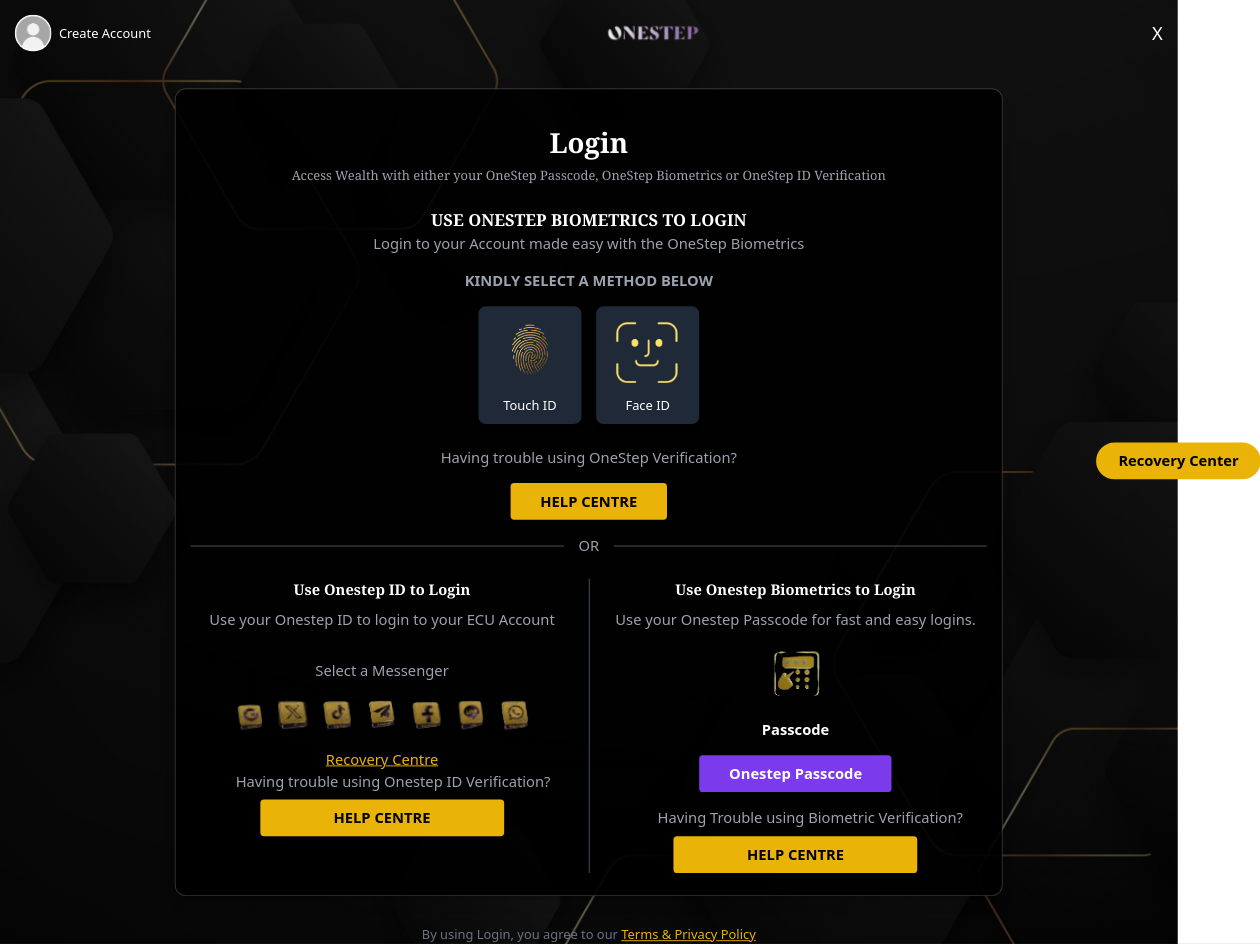
Repository: gloriousnetworker/onestep-authentication-system
Page: /biometrics-login
These files come from the project's save history. The page is drawn as it stood at one moment and after a run of saves; the edit follows.
The browser window is 1280 px wide. The page is 1370 px wide, so the pictures cover 1370 px, including what lies to the right of the window. The pictures show the whole page, at 92% of full size.
The project was rebuilt for these pictures with package versions that can differ from the ones it lists, and the page was loaded fresh each time. Also part of the build but not shown: vite.config.js, src/pages/LoginPage.jsx, src/pages/GrantAccess.jsx, src/pages/OTPVerificationPage.jsx, src/pages/AccountCreationPage.jsx, src/pages/PasswordPage.jsx, src/pages/BiometricsPage.jsx, src/pages/KYCPage.jsx and 1 more.

Above is the page before, as saved 2025-01-16 14:34:33.

### src/App.jsx
import { BrowserRouter as Router, Routes, Route } from 'react-router-dom';
import { useState } from 'react';  // Import useState to manage notification state
import LoginPage from './pages/LoginPage';
import GrantAccess from './pages/GrantAccess';
import OTPVerificationPage from './pages/OTPVerificationPage';
import AccountCreationPage from './pages/AccountCreationPage';
import PasswordPage from './pages/PasswordPage';
import BiometricsPage from './pages/BiometricsPage';
import KYCPage from './pages/KYCPage';
import DashboardPage from './pages/DashboardPage';
import BiometricsLoginPage from './pages/BiometricLoginPage';
import NotificationPopup from './components/NotificationPopup';  // Import NotificationPopup

function App() {
  // State for managing notification
  const [notification, setNotification] = useState({
    message: "",
    type: "",
  });

  // Function to trigger notification
  const showNotification = (message, type) => {
    setNotification({ message, type });
    // Automatically clear notification after 3 seconds
    setTimeout(() => setNotification({ message: "", type: "" }), 3000);
  };

  return (
    <Router>
      {/* Notification Popup */}
      <NotificationPopup
        message={notification.message}
        type={notification.type}
        onClose={() => setNotification({ message: "", type: "" })}
      />

      <Routes>
        <Route path="/" element={<LoginPage showNotification={showNotification} />} />
        <Route path="/grant-access" element={<GrantAccess showNotification={showNotification} />} />
        <Route path="/otp-verification" element={<OTPVerificationPage showNotification={showNotification} />} />
        <Route path="/account-creation" element={<AccountCreationPage showNotification={showNotification} />} />
        <Route path="/password" element={<PasswordPage showNotification={showNotification} />} />
        <Route path="/biometrics" element={<BiometricsPage showNotification={showNotification} />} />
        <Route path="/biometrics-login" element={<BiometricsLoginPage showNotification={showNotification} />} />
        <Route path="/kyc" element={<KYCPage showNotification={showNotification} />} />
        <Route path="/dashboard" element={<DashboardPage showNotification={showNotification} />} />
      </Routes>
    </Router>
  );
}

export default App;

### src/pages/BiometricLoginPage.jsx
import React from "react";

const BiometricsLoginPage = () => {
  return (
    <div
      className="relative bg-cover bg-center min-h-screen flex flex-col justify-between"
      style={{
        backgroundImage:
          "linear-gradient(rgba(0, 0, 0, 0.6), rgba(0, 0, 0, 0.6)), url('/background.jpg')",
      }}
    >
      {/* Top Navbar */}
      <div className="absolute top-4 w-full flex items-center justify-between px-4">
        <div className="flex items-center gap-2">
          <img
            src="/avatar.avif"
            alt="User avatar for account creation"
            className="w-10 h-10 rounded-full object-cover"
            loading="lazy"
          />
          <span className="text-white text-sm cursor-pointer">Create Account</span>
        </div>
        <div className="flex justify-center">
          <img
            src="/onestep.png"
            alt="OneStep Logo"
            className="w-28 h-6 object-contain"
            loading="lazy"
          />
        </div>
        <div
          className="text-white cursor-pointer text-xl hover:text-gray-400"
          aria-label="Close biometrics login page"
        >
          X
        </div>
      </div>

      {/* Center Login Card */}
      <div className="bg-black bg-opacity-90 border border-white border-opacity-20 rounded-xl shadow-lg w-[90%] max-w-[900px] flex flex-col justify-between mt-12 sm:mt-24 mx-auto px-4 py-6 relative">
        <h1 className="text-white text-2xl sm:text-3xl font-bold mb-2 mt-4 text-center font-serif">
          Login
        </h1>
        <p className="text-gray-400 text-sm mb-2 text-center font-serif">
          Access Wealth with either your OneStep Passcode, OneStep Biometrics or OneStep ID Verification
        </p>

        <h2 className="text-white text-lg font-bold mt-4 text-center font-serif">
          USE ONESTEP BIOMETRICS TO LOGIN
        </h2>
        <p className="text-gray-400 text-center mb-4">
          Login to your Account made easy with the OneStep Biometrics
        </p>

        <h3 className="text-gray-400 text-center text-md font-semibold mb-4">
          KINDLY SELECT A METHOD BELOW
        </h3>

        <div className="flex flex-wrap justify-center gap-4 mb-6">
          <div className="bg-gray-800 text-white w-28 h-32 flex flex-col items-center justify-center rounded-lg shadow-md">
            <img
              src="/fingerprint.png"
              alt="Touch ID"
              className="w-32 h-20 mb-2"
              loading="lazy"
            />
            <span className="text-sm text-center">Touch ID</span>
          </div>
          <div className="bg-gray-800 text-white w-28 h-32 flex flex-col items-center justify-center rounded-lg shadow-md">
            <img
              src="/faceID.png"
              alt="Face ID"
              className="w-20 h-20 mb-2"
              loading="lazy"
            />
            <span className="text-sm text-center">Face ID</span>
          </div>
        </div>

        <p className="text-gray-400 text-center mb-4">
          Having trouble using OneStep Verification?
        </p>
        <button className="bg-yellow-500 hover:bg-yellow-600 text-black font-semibold px-8 py-2 rounded mb-4 mx-auto block">
          HELP CENTRE
        </button>

        <div className="relative flex items-center mb-6">
          <div className="flex-grow border-t border-gray-600"></div>
          <span className="mx-4 text-gray-400">OR</span>
          <div className="flex-grow border-t border-gray-600"></div>
        </div>

        <div className="flex flex-col sm:flex-row">
          <div className="flex-1 flex flex-col items-center border-r border-gray-600 sm:pr-4 mb-6 sm:mb-0">
            <h2 className="text-white font-bold mb-2 font-serif">
              Use Onestep ID to Login
            </h2>
            <p className="text-gray-400 text-center mb-4">
              Use your Onestep ID to login to your ECU Account
            </p>
            <h3 className="text-gray-400 text-center mt-4">
              Select a Messenger
            </h3>
            <div className="flex flex-wrap justify-center gap-2 my-4">
              {["google", "twitter", "tiktok", "telegram", "facebook", "pinterest", "whatsapp"].map((logo) => (
                <img
                  key={logo}
                  src={`/${logo}.png`}
                  alt={`${logo} logo`}
                  className="w-10 h-10"
                  loading="lazy"
                />
              ))}
            </div>
            <span className="text-yellow-500 underline cursor-pointer">
              Recovery Centre
            </span>
            <p className="text-gray-400 mb-2 ml-6">Having trouble using Onestep ID Verification?</p>
            <button className="bg-yellow-500 hover:bg-yellow-600 text-black font-semibold px-20 py-2 rounded">
              HELP CENTRE
            </button>
          </div>

          <div className="flex-1 flex flex-col items-center sm:pl-4">
            <h2 className="text-white font-bold mb-2 font-serif">
              Use Onestep Biometrics to Login
            </h2>
            <p className="text-gray-400 text-center mb-4">
              Use your Onestep Passcode for fast and easy logins.
            </p>
            <img
              src="/passcode.png"
              alt="Passcode"
              className="w-16 h-16 object-contain mb-4"
              loading="lazy"
            />
            <h3 className="text-white font-bold text-center mb-4">Passcode</h3>
            <button className="bg-[#7c3aed] hover:bg-purple-700 text-white font-semibold px-8 py-2 rounded mb-4">
              Onestep Passcode
            </button>
            <p className="text-gray-400 mb-2 ml-8">Having Trouble using Biometric Verification?</p>
            <button className="bg-yellow-500 hover:bg-yellow-600 text-black font-semibold px-20 py-2 rounded">
              HELP CENTRE
            </button>
          </div>
        </div>

        {/* New Recovery Center Button */}
<button className="absolute top-24 right-0 translate-x-1/2 bg-yellow-500 hover:bg-yellow-600 text-black font-semibold px-6 py-2 -mr-48 rounded-full mt-72 hidden sm:block">
  Recovery Center
</button>

      </div>

      <div className="text-center text-sm text-gray-500 mt-8">
        <p>
          By using Login, you agree to our{" "}
          <span className="text-yellow-500 underline cursor-pointer">
            Terms & Privacy Policy
          </span>
        </p>
      </div>
    </div>
  );
};

export default BiometricsLoginPage;

### src/components/NotificationPopup.jsx
import React from "react";

const NotificationPopup = ({ message, type, onClose }) => {
  // Define alert styles based on the type
  const typeStyles = {
    success: "bg-green-500 text-white",
    error: "bg-red-500 text-white",
    warning: "bg-yellow-500 text-black",
    info: "bg-blue-500 text-white",
  };

  return (
    <div
      className={`fixed top-4 right-4 w-[300px] sm:w-[400px] p-4 rounded-md shadow-lg transition-transform transform ${
        message ? "scale-100" : "scale-0"
      } ${typeStyles[type] || "bg-gray-500 text-white"}`}
    >
      <div className="flex justify-between items-center">
        {/* Message Content */}
        <span className="text-sm sm:text-base">{message}</span>

        {/* Close Button */}
        <button
          onClick={onClose}
          className="ml-4 text-lg font-bold hover:text-opacity-80"
          aria-label="Close notification"
        >
          &times;
        </button>
      </div>
    </div>
  );
};

export default NotificationPopup;

### tailwind.config.js
module.exports = {
  content: [
    "./index.html",
    "./src/**/*.{js,jsx,ts,tsx}",
  ],
  theme: {
    extend: {
      fontFamily: {
        'times': ['Times New Roman', 'serif'],
      },
    },
  },
  plugins: [],
};

Loaded but not shown: index.html (common file); src/main.jsx (common file); src/index.css (common file)

After the next 2 saves:
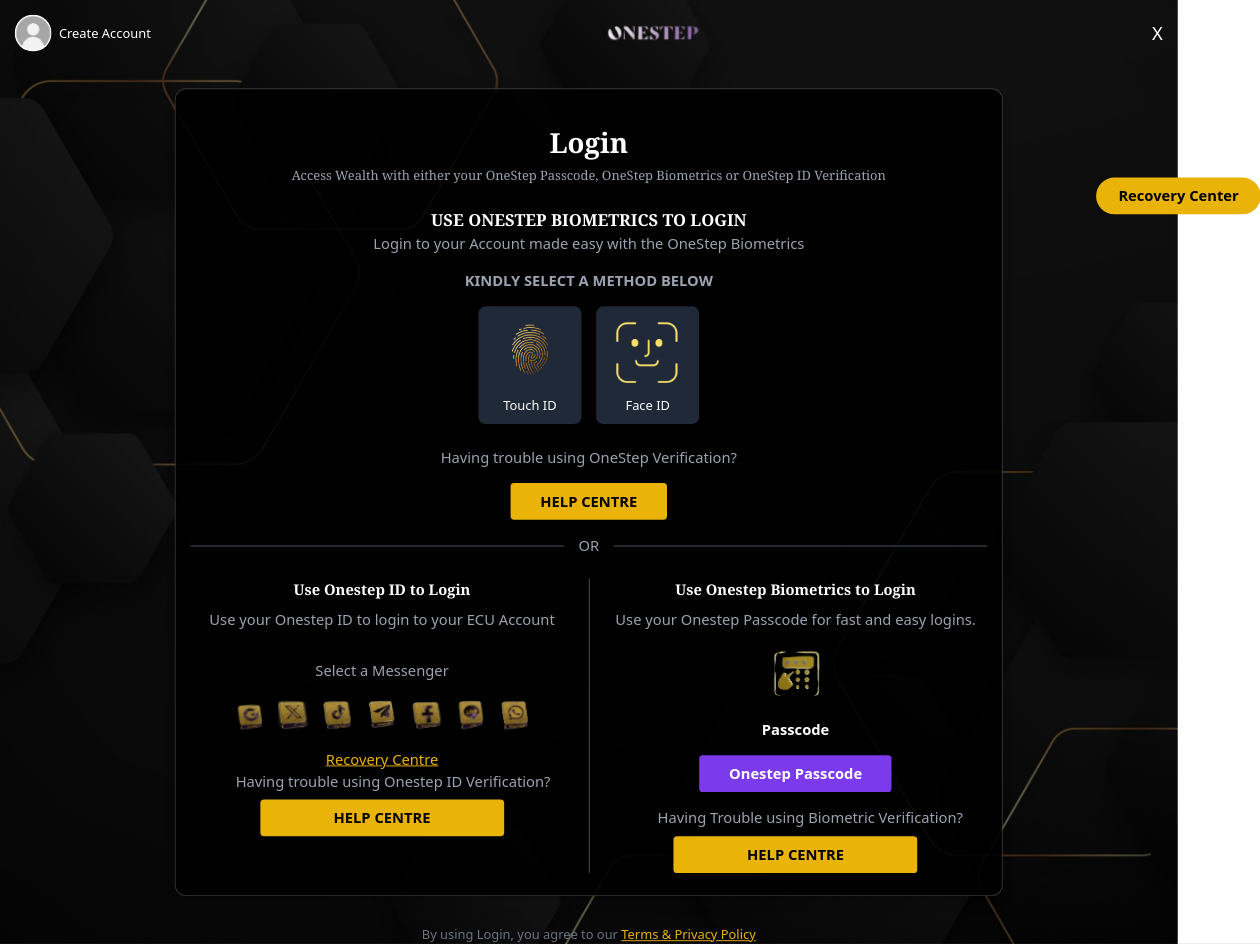
The 2 saves are shown as one change because they came seconds apart.
The last was saved 12 s later.
--- a/src/pages/BiometricLoginPage.jsx
+++ b/src/pages/BiometricLoginPage.jsx
@@ -146,7 +146,7 @@
         </div>
 
         {/* New Recovery Center Button */}
-<button className="absolute top-24 right-0 translate-x-1/2 bg-yellow-500 hover:bg-yellow-600 text-black font-semibold px-6 py-2 -mr-48 rounded-full mt-72 hidden sm:block">
+<button className="absolute top-24 right-0 translate-x-1/2 bg-yellow-500 hover:bg-yellow-600 text-black font-semibold px-6 py-2 -mr-48 rounded-full mt-92 hidden sm:block">
   Recovery Center
 </button>
 

After the save that followed:
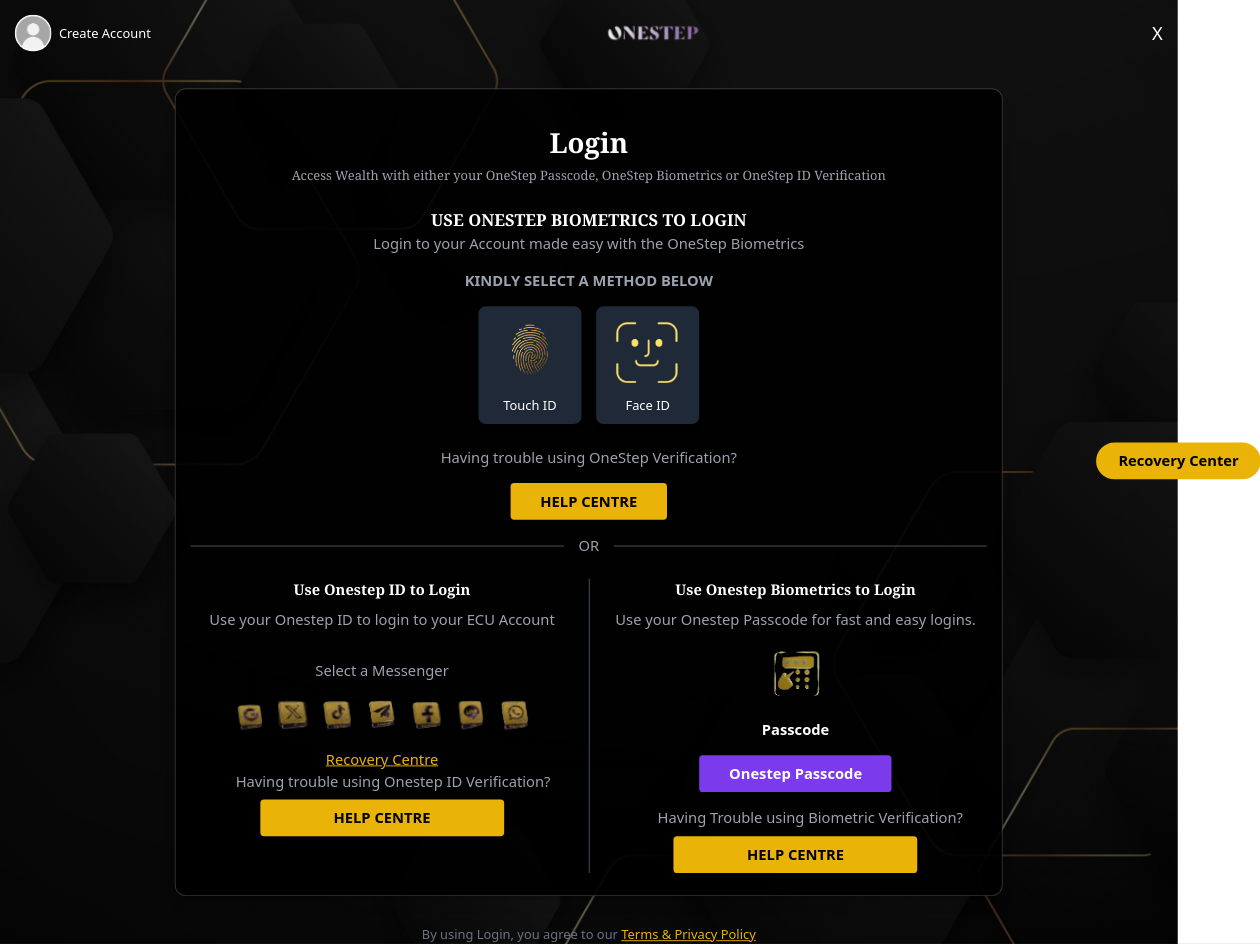
Saved 4 s later.
--- a/src/pages/BiometricLoginPage.jsx
+++ b/src/pages/BiometricLoginPage.jsx
@@ -146,7 +146,7 @@
         </div>
 
         {/* New Recovery Center Button */}
-<button className="absolute top-24 right-0 translate-x-1/2 bg-yellow-500 hover:bg-yellow-600 text-black font-semibold px-6 py-2 -mr-48 rounded-full mt-92 hidden sm:block">
+<button className="absolute top-24 right-0 translate-x-1/2 bg-yellow-500 hover:bg-yellow-600 text-black font-semibold px-6 py-2 -mr-48 rounded-full mt-72 hidden sm:block">
   Recovery Center
 </button>
 
